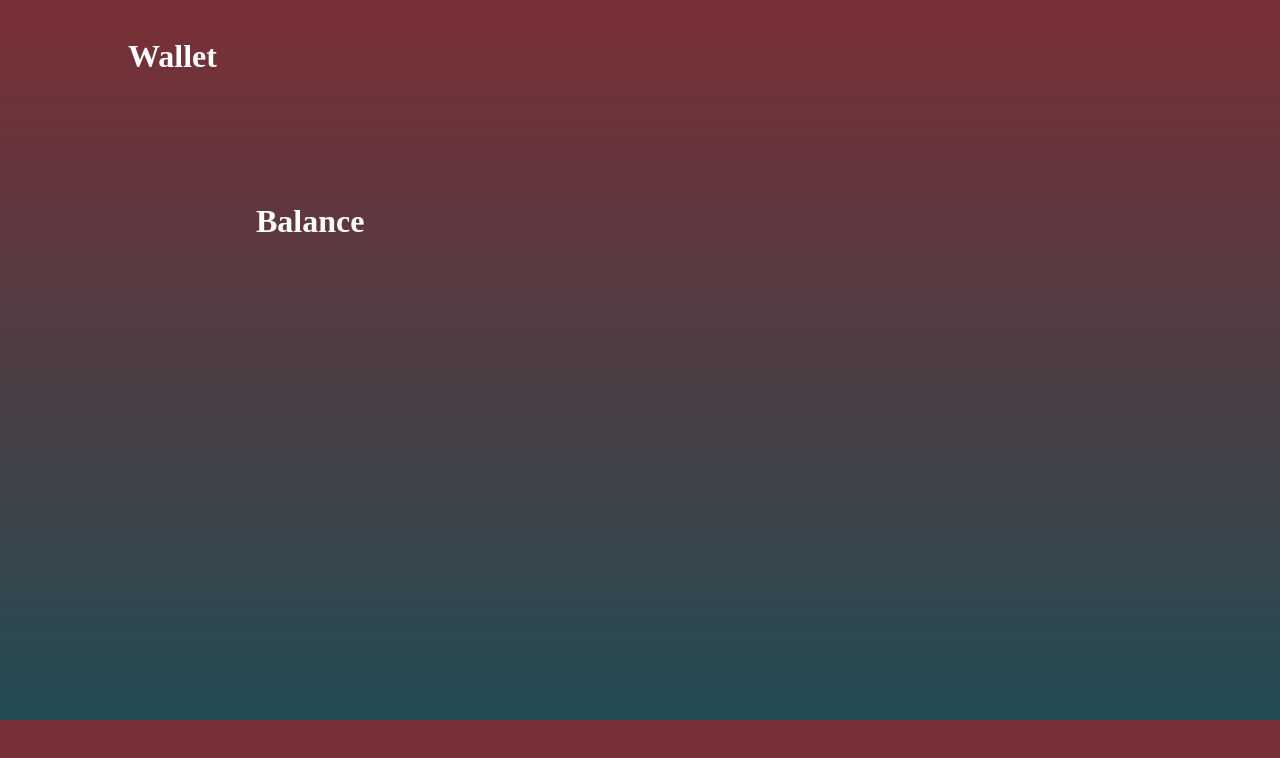
Repository: jagan607/N-Kalari
Page: /
The author's editor kept a copy of each file at every save. The page is drawn from the files as they stood at one save, then again after the next save.
The browser window is 1280 px wide. The pictures show the whole page.
The project was rebuilt for these pictures with package versions that can differ from the ones it lists, and the page was loaded fresh each time. Also part of the build but not shown: src/App.css, src/helpers/firebase.js, src/components/Login/Login.js.

Above is the page before, as saved 2022-01-07 17:14:01.

### src/index.css
body,
html,
.App,
#root,
.main {
  width: 100%;
  height:100%;
  scroll-behavior: smooth;

}
body{
    margin: 0;
    padding: 0;
    text-align: center;
    background-image: linear-gradient(#7A2F35, #234C54);
  }

### src/App.js
import logo from './logo.svg';
import './App.css';
import React, { Component } from "react"
import Login from './components/Login/Login'
import Wallet from './components/wallet/Wallet'
import {history} from './helpers/history'
import {Router, Route, Routes } from "react-router-dom";


class App extends Component {
  constructor(props) {
    super(props);
  }

  render() {
    return(
      <div>
        {/* <Login></Login> */}

        <Wallet></Wallet>

          {/* <Route exact path="/">
          </Route> */}
          {/* <Route exact path="/wallet">
            <Wallet/>
          </Route> */}
     </div>
    );
}
}

export default App;

### src/components/wallet/Wallet.js
import React, { Component } from "react"
import styles from './index.css';

class Wallet extends Component{
    constructor(props){
        super(props);


    }

    render(){
        return(
            <div>
            <h1 className="heading">Wallet</h1>
            <h1 className="balance">Balance </h1>
            </div>
        )
    }
}
export default Wallet;

### src/components/wallet/index.css
.heading{
    color: white;
    text-align: left;
    margin-left: 10%;
    margin-top: 3%;
}

.balance{
    color :white;
    text-align: left;
    margin-left: 20%;
    margin-top: 10%;
}

Loaded but not shown: public/index.html (common file); src/index.js (common file); src/reportWebVitals.js (common file); src/helpers/history.js (common file)

After the next save:
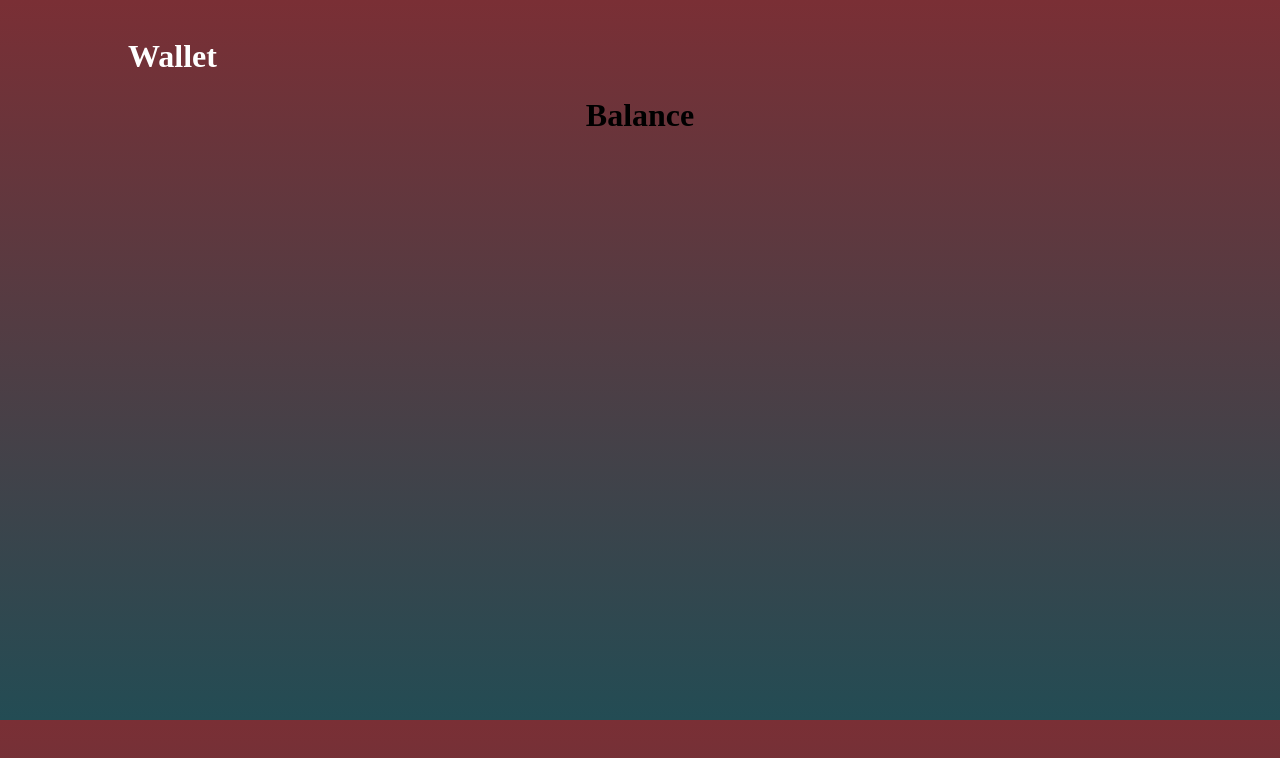
Saved 79 s later.
--- a/src/components/wallet/index.css
+++ b/src/components/wallet/index.css
@@ -5,7 +5,7 @@
     margin-top: 3%;
 }
 
-.balance{
+.balance-heading{
     color :white;
     text-align: left;
     margin-left: 20%;

After the save that followed:
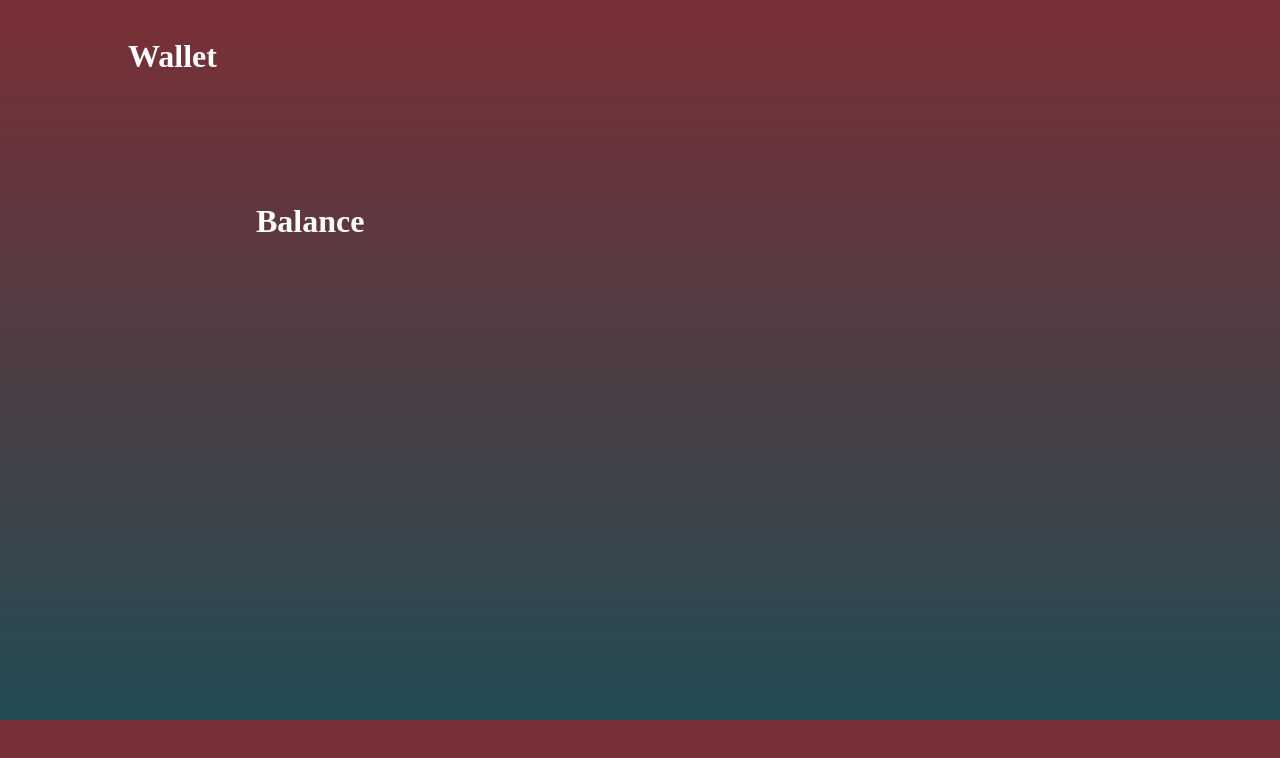
Saved 1 s later.
--- a/src/components/wallet/Wallet.js
+++ b/src/components/wallet/Wallet.js
@@ -12,7 +12,8 @@ class Wallet extends Component{
         return(
             <div>
             <h1 className="heading">Wallet</h1>
-            <h1 className="balance">Balance </h1>
+            <h1 className="balance-heading">Balance </h1>
+
             </div>
         )
     }
